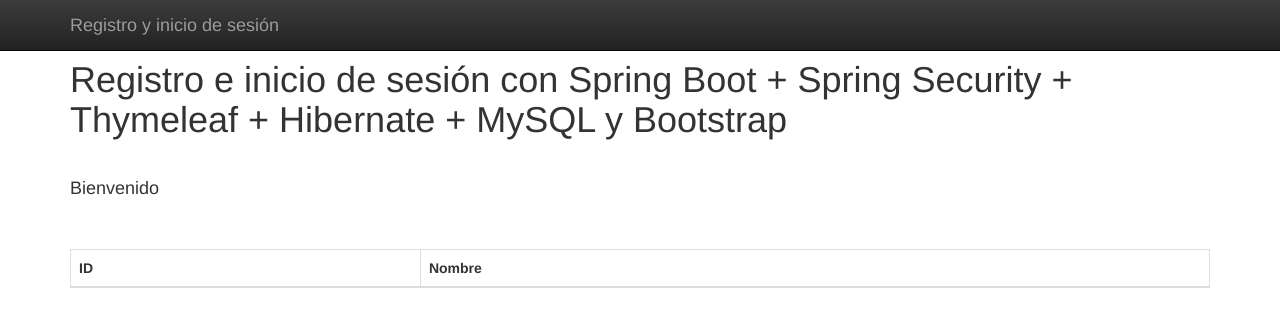
Repository: AndresBR2003/Proyecto-Integrador
Page: http://localhost/index
These files come from the project's save history. The page is drawn as it stood at one moment and after the next save; the edit follows.
The browser window is 1280 px wide. The pictures show the whole page.
The page is this project's Thymeleaf template; nobody is signed in. The template is opened directly, without the code that normally fills it, so the values that code supplies are empty.

Above is the page before, as saved 2023-10-14 09:01:37.
Console error (its wording comes from the project's code and is left out).

### UnidosPorUnPerúMejor/src/main/resources/templates/index.html
<!DOCTYPE html>
<html xmlns:th="http://www.thymeleaf.org"
	xmlns:sec="http://www.thymeleaf.org/thymeleaf-extras-springsecurity3">
<head>

<meta charset="utf-8">
<title>Inicio</title>
<!-- Latest compiled and minified CSS -->
<link rel="stylesheet"
	href="https://maxcdn.bootstrapcdn.com/bootstrap/3.3.7/css/bootstrap.min.css"
	integrity="sha384-BVYiiSIFeK1dGmJRAkycuHAHRg32OmUcww7on3RYdg4Va+PmSTsz/K68vbdEjh4u"
	crossorigin="anonymous">

<!-- Optional theme -->
<link rel="stylesheet"
	href="https://maxcdn.bootstrapcdn.com/bootstrap/3.3.7/css/bootstrap-theme.min.css"
	integrity="sha384-rHyoN1iRsVXV4nD0JutlnGaslCJuC7uwjduW9SVrLvRYooPp2bWYgmgJQIXwl/Sp"
	crossorigin="anonymous">
</head>
<body>


	<nav class="navbar navbar-inverse navbar-fixed-top">
		<div class="container">
			<div class="navbar-header">
				<button type="button" class="navbar-toggle collapsed"
					data-toggle="collapse" data-target="#navbar" aria-expanded="false"
					aria-controls="navbar">
					<span class="sr-only">Toggle navigation</span> <span
						class="icon-bar"></span> <span class="icon-bar"></span> <span
						class="icon-bar"></span>
				</button>
				<a class="navbar-brand" href="#" th:href="@{/}">Registro y
					inicio de sesión</a>
			</div>
			<div id="navbar" class="collapse navbar-collapse">
				<ul class="nav navbar-nav">
					<li sec:authorize="isAuthenticated()"><a th:href="@{/logout}">Cerrar
							sesión</a></li>
				</ul>
			</div>
		</div>
	</nav>

	<br>
	<br>

	<div class="container">
		<h1>Registro e inicio de sesión con Spring Boot + Spring Security
			+ Thymeleaf + Hibernate + MySQL y Bootstrap</h1>
		<br>
		<h4>
			Bienvenido <span sec:authentication="principal.username"></span>
		</h4>

		<br> <br>

		<table class="table table-striped table-bordered">
			<thead class="table-dark">
				<tr>
					<th>ID</th>
					<th>Nombre</th>
				</tr>
			</thead>
			<tbody>
				<tr th:each="p: ${listaProgramas}">
					<td th:text="${p.idPro}"></td>
					<td th:text="${p.nombrePro}"></td>
					<td>
						<a class="btn btn-primary" th:href="@{'/editar/' + ${p.idPro}}">Editar</a>
						&nbsp;
						<a class="btn btn-danger" th:href="@{'/eliminar/' + ${p.idPro}}">Eliminar</a>
					</td>
				</tr>
			</tbody>
		</table>
	</div>



	<!-- Latest compiled and minified JavaScript -->
	<script
		src="https://maxcdn.bootstrapcdn.com/bootstrap/3.3.7/js/bootstrap.min.js"
		integrity="sha384-Tc5IQib027qvyjSMfHjOMaLkfuWVxZxUPnCJA7l2mCWNIpG9mGCD8wGNIcPD7Txa"
		crossorigin="anonymous"></script>
</body>
</html>

After the next save:
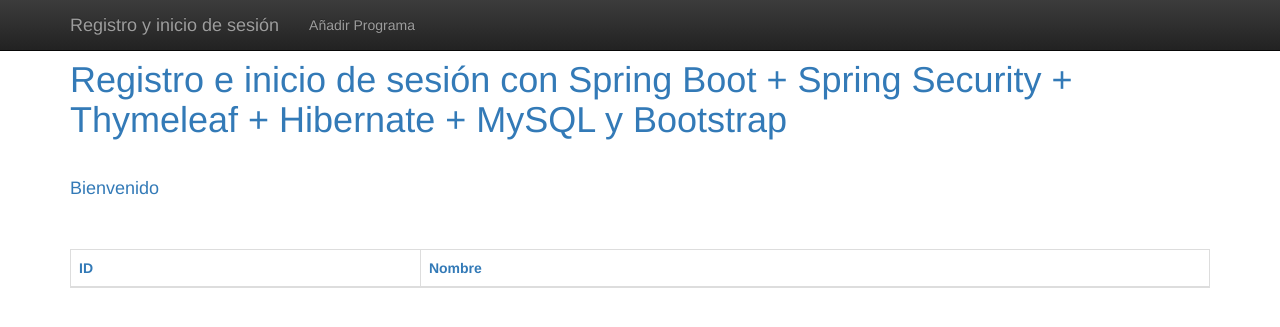
Saved 2 min 9 s later.
--- a/UnidosPorUnPerúMejor/src/main/resources/templates/index.html
+++ b/UnidosPorUnPerúMejor/src/main/resources/templates/index.html
@@ -37,6 +37,7 @@
 				<ul class="nav navbar-nav">
 					<li sec:authorize="isAuthenticated()"><a th:href="@{/logout}">Cerrar
 							sesión</a></li>
+					<li><a th:href="@{/progrmas}">Añadir Programa</ath></li>
 				</ul>
 			</div>
 		</div>

After the 2 saves that followed:
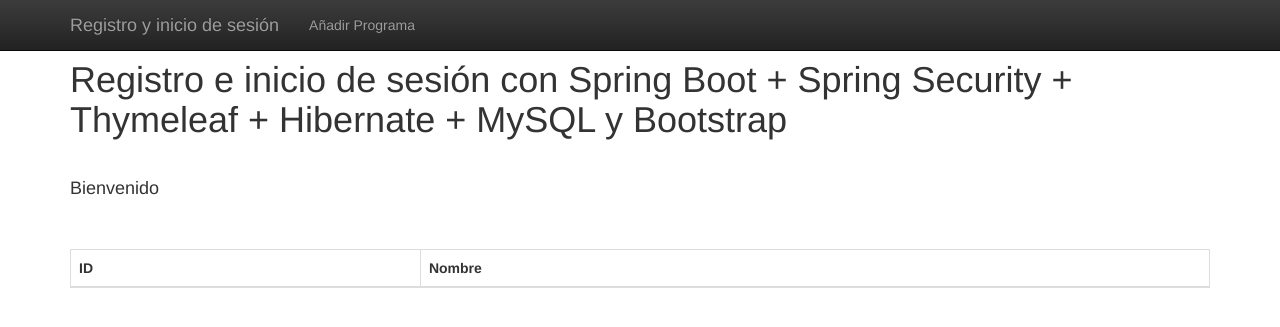
The 2 saves are shown as one change because 1 left the picture as it was.
The last was saved 45 s later.
--- a/UnidosPorUnPerúMejor/src/main/resources/templates/index.html
+++ b/UnidosPorUnPerúMejor/src/main/resources/templates/index.html
@@ -37,7 +37,7 @@
 				<ul class="nav navbar-nav">
 					<li sec:authorize="isAuthenticated()"><a th:href="@{/logout}">Cerrar
 							sesión</a></li>
-					<li><a th:href="@{/progrmas}">Añadir Programa</ath></li>
+					<li><a th:href="@{/nuevo}">Añadir Programa</a></li>
 				</ul>
 			</div>
 		</div>
